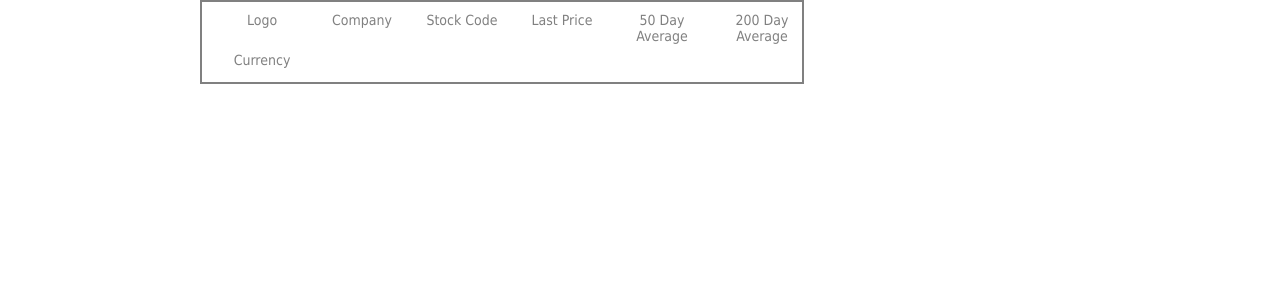
Repository: icarusin/styu
Page: gae/stockyou/StockService/war/Index.html
These files come from the project's save history. The page is drawn as it stood at one moment and after the next save; the edit follows.
The browser window is 1280 px wide. The pictures show the whole page.
The page's requests for data from a server got no answer.

Above is the page before, as saved 2013-03-31 19:57:12.

After the next save:
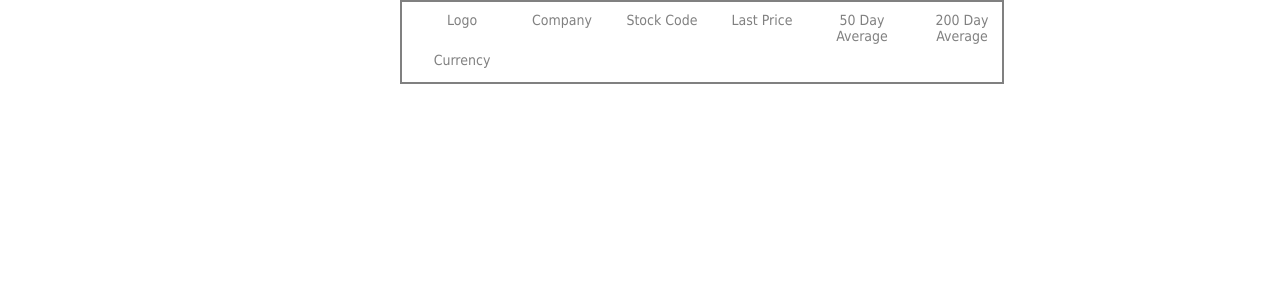
Saved 9 s later.
--- a/gae/stockyou/StockService/war/css/Core.css
+++ b/gae/stockyou/StockService/war/css/Core.css
@@ -18,7 +18,7 @@ div.portfolio{
 div.stock{
 	overflow:hidden;
 	text-align:center;
-	margin-left:200px;
+	margin-left:400px;
 	border: 2px solid;
 	width: 600px;
 }
